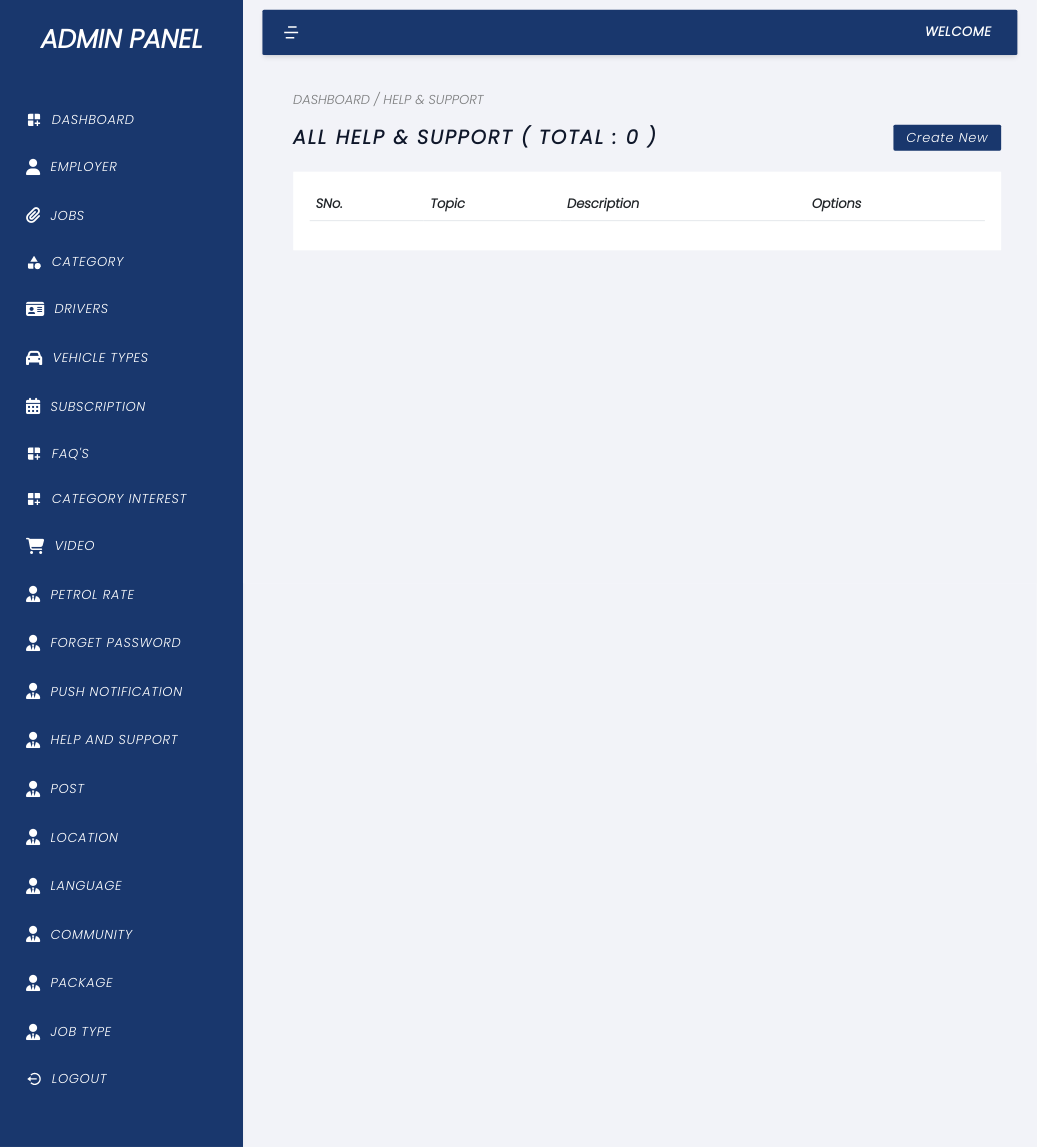
Repository: FlyweisReact/Grish-Job-Panel
Page: /help_support
These files come from the project's save history. The page is drawn as it stood at one moment and after a run of saves; the edit follows.
The browser window is 1280 px wide. The pictures show the whole page, at 81% of full size.
The page's requests for data from a server got no answer. Some web libraries are served in a nearby version. The project was rebuilt for these pictures with package versions that can differ from the ones it lists, and the page was loaded fresh each time. No one was signed in, and anything a server would have sent is missing. Also part of the build but not shown: src/E-CommerceAdmin/forms/Login.jsx, src/Repository/Employer.js, src/E-CommerceAdmin/pages/Dashboard.jsx, src/E-CommerceAdmin/pages/EAdminOrders.js, src/E-CommerceAdmin/pages/ESubCategory.js, src/E-CommerceAdmin/pages/PushNotification.js, src/E-CommerceAdmin/pages/Component/Filter.js, src/E-CommerceAdmin/pages/Component/Heading.js and 18 more.

Above is the page before, as saved 2023-07-03 15:03:44.

### public/index.html
<!-- @format -->

<!DOCTYPE html>
<html lang="en">
  <head>
    <meta charset="utf-8" />
    <meta name="viewport" content="width=device-width, initial-scale=1" />
    <meta name="theme-color" content="#000000" />
    <meta
      name="description"
      content="Web site created using create-react-app"
    />
    <link rel="icon" href="%PUBLIC_URL%/favicon.png" />
    <link rel="preconnect" href="https://fonts.googleapis.com">
<link rel="preconnect" href="https://fonts.gstatic.com" crossorigin>
<link href="https://fonts.googleapis.com/css2?family=Roboto+Mono:ital,wght@1,300&display=swap" rel="stylesheet">
    <title>Gadi Driver</title>
  </head>
  <body>
    <noscript>You need to enable JavaScript to run this app.</noscript>
    <div id="root"></div>
    <script src="https://code.jquery.com/jquery-3.6.0.min.js"></script>
    <script src="https://kit.fontawesome.com/b533b351e4.js" crossorigin="anonymous"></script>
  </body>
</html>

### src/E-CommerceAdmin/pages/Help.js
/** @format */

import React, { useEffect, useState } from "react";
import HOC from "../layout/HOC";
import { Table, Modal, Form, Button, FloatingLabel } from "react-bootstrap";
import { toast } from "react-toastify";
import axios from "axios";

const Help = () => {
  const [data, setData] = useState([]);
  const [modalShow, setModalShow] = useState(false);

  const fetchData = async () => {
    try {
      const { data } = await axios.get(
        "https://gadi-driver-u8ym.vercel.app/api/v1/help"
      );
      setData(data.data);
    } catch (e) {
      console.log(e);
    }
  };

  useEffect(() => {
    fetchData();
  }, []);

  const deleteHandler = async (id) => {
    try {
      const { data } = await axios.delete(
        `https://gadi-driver-u8ym.vercel.app/api/v1/help/${id}`
      );
      toast.success(data.message);
      fetchData();
    } catch (e) {
      console.log(e);
    }
  };

  function MyVerticallyCenteredModal(props) {
    const [topic, setTopic] = useState("");
    const [desc, setDesc] = useState("");

    const postHandler = async (e) => {
      e.preventDefault();
      try {
        const { data } = await axios.post(
          "https://gadi-driver-u8ym.vercel.app/api/v1/help",
          {
            topic,
            desc,
          }
        );
        console.log(data);
        toast.success(`Created`);
        fetchData();
        props.onHide();
      } catch (e) {
        console.log(e);
      }
    };

    return (
      <Modal
        {...props}
        aria-labelledby="contained-modal-title-vcenter"
        centered
      >
        <Modal.Header closeButton>
          <Modal.Title id="contained-modal-title-vcenter">
            {" "}
            Create New
          </Modal.Title>
        </Modal.Header>
        <Modal.Body>
          <Form onSubmit={postHandler}>
            <Form.Group className="mb-3">
              <Form.Label>Topic</Form.Label>
              <Form.Control
                type="text"
                onChange={(e) => setTopic(e.target.value)}
              />
            </Form.Group>

            <FloatingLabel
              controlId="floatingTextarea"
              label="Description"
              className="mb-3"
            >
              <Form.Control
                as="textarea"
                onChange={(e) => setDesc(e.target.value)}
              />
            </FloatingLabel>

            <Button variant="outline-success" type="submit">
              Create
            </Button>
          </Form>
        </Modal.Body>
      </Modal>
    );
  }

  return (
    <>
      <MyVerticallyCenteredModal
        show={modalShow}
        onHide={() => setModalShow(false)}
      />
      <section style={{ padding: "20px" }}>
        <p className="headP">Dashboard / Help & Support </p>
        <div
          className="pb-4   w-full flex justify-between items-center"
          style={{ width: "98%", marginLeft: "2%" }}
        >
          <span
            className="tracking-widest text-slate-900 font-semibold uppercase"
            style={{ fontSize: "1.5rem" }}
          >
            All Help & Support ( Total : {data?.length} )
          </span>

          <button
            onClick={() => {
              setModalShow(true);
            }}
            className="md:py-2 px-3 md:px-4 py-1 rounded-sm bg-[#19376d] text-white tracking-wider"
          >
            Create New
          </button>
        </div>

        <section className="sectionCont">
          <div className="overFlowCont">
            <Table>
              <thead>
                <tr>
                  <th>SNo.</th>
                  <th>Topic</th>
                  <th>Description</th>
                  <th>Options</th>
                </tr>
              </thead>
              <tbody>
                {data?.map((i, index) => (
                  <tr key={index}>
                    <td> #{index + 1} </td>
                    <td>{i.topic}</td>
                    <td>{i.desc}</td>
                    <td>
                      <span className="flexCont">
                        <i
                          className="fa-sharp fa-solid fa-trash"
                          onClick={() => deleteHandler(i._id)}
                        ></i>
                      </span>
                    </td>
                  </tr>
                ))}
              </tbody>
            </Table>
          </div>
        </section>
      </section>
    </>
  );
};

export default HOC(Help);

### src/E-CommerceAdmin/layout/HOC.jsx
/** @format */

import React, { useState } from "react";
import Navbar from "./Navbar";
import Sidebar from "./Sidebar";

const HOC = (Wcomponenet) => {
  return function Component() {
    const [hamb, setHamb] = useState(false);
    return (
      <>
        <section
          className="flex overflow-x-hidden relative "
          style={{ backgroundColor: "#f2f3f8" }}
        >
          {/* Sidebar */}
          <div
            className={
              hamb
                ? " absolute top-0 z-30 md:w-auto shadow-md bg-slate-200  w-60 transition-all md:-left-full left duration-150  h-auto overflow-y-auto  left-0 "
                : " md:w-72 z-30 bg-slate-200  shadow-md  md:static absolute top-0 -left-full   transition-all duration-150  overflow-y-auto h-auto"
            }
            style={{ minWidth: "300px" }}
          >
            <Sidebar hamb={hamb} setHamb={setHamb} />
          </div>
          {/* Components & Navbar */}
          <div
            className={
              hamb
                ? " transition-all px-4 py-2  duration-150 w-full h-screen"
                : " w-full h-screen  px-4 py-2   z-50 transition-all duration-150 "
            }
            style={{ backgroundColor: "#f2f3f8" }}
          >
            <Navbar hamb={hamb} setHamb={setHamb} />
            <div className="my-6 text-#000 h-[87%] wcomp overflow-y-auto">
              {" "}
              <Wcomponenet />
            </div>
          </div>
        </section>
      </>
    );
  };
};

export default HOC;

### src/E-CommerceAdmin/layout/Navbar.jsx
/** @format */

import { RiMenu4Line } from "react-icons/ri";

const Navbar = ({ hamb, setHamb }) => {
  const AdminName = localStorage.getItem("AdminName")
  return (
    <>
      <div
        className={
          hamb
            ? "flex  w-full justify-between  my-1 rounded-sm  p-4 py-3 shadow-md items-center  bg-slate-200 space-x-4"
            : "flex  w-full justify-between my-1 rounded-sm  p-4 py-3 shadow-md items-center  bg-slate-200 space-x-4"
        }
        style={{ backgroundColor: "#19376d" }}
      >
        <RiMenu4Line
          onClick={() => setHamb(!hamb)}
          className="text-2xl font-bold text-gray-900 hover:scale-90 cursor-pointer"
          style={{ color: "#fff" }}
        />

        <section className="flex sm:ml-auto justify-end sm:w-full items-center space-x-2  pr-2">
          <figcaption className="tracking-wider pl-1 font-semibold">
            <div
              className="lg:text-base text-sm text-gray-900  uppercase"
              style={{ color: "#fff" }}
            >
              Welcome {AdminName}
            </div>
          </figcaption>
        </section>
      </div>
    </>
  );
};

export default Navbar;

### src/E-CommerceAdmin/layout/Sidebar.jsx
/** @format */

import React from "react";
import { RiCloseLine } from "react-icons/ri";
import { Link, useNavigate } from "react-router-dom";
import { BiLogOutCircle } from "react-icons/bi";
import { MdDashboardCustomize } from "react-icons/md";
import { MdCategory } from 'react-icons/md'

const Sidebar = ({ hamb, setHamb }) => {
  const navigate = useNavigate();

  const nav = [
    {
      icon: <MdDashboardCustomize className="text-xl mr-3 rounded-full " />,
      link: "/dashboard ",
      name: "Dashboard",
    },
    {
      icon: <i className="fa-solid fa-user text-xl mr-3 rounded-full"></i>,
      link: "/Employer",
      name: "Employer",
    },
    {
      icon: (
        <i className="fa-solid fa-paperclip text-xl mr-3 rounded-full"></i>
      ),
      link: "/job",
      name: "Jobs",
    },

    {
      icon: <MdCategory className="text-xl mr-3 rounded-full " />,
      link: "/Category",
      name: "Category",
    },
    {
      icon: <i className="fa-solid fa-id-card  text-xl mr-3 rounded-full"></i>,
      link: "/Drivers",
      name: "Drivers",
    },

    {
      icon: (
        <i className="fa-solid fa-car text-xl mr-3 rounded-full"></i>
      ),
      link: "/Vehicle_Types",
      name: "Vehicle Types",
    },

    {
      icon: <i className="fa-solid fa-calendar-days text-xl mr-3 rounded-full" />,
      link: "/pushNotification",
      name: "Subscription",
    },

    {
      icon: <MdDashboardCustomize className="text-xl mr-3 rounded-full " />,
      link: "/coupon",
      name: "FAQ'S",
    },
    {
      icon: <MdDashboardCustomize className="text-xl mr-3 rounded-full " />,
      link: "/getMeThis",
      name: "Category Interest",
    },

    {
      icon: (
        <i className="fa-solid fa-cart-shopping text-xl mr-3 rounded-full"></i>
      ),
      link: "/Orders",
      name: "Video",
    },

    {
      icon: <i className="fa-solid fa-user-tie text-xl mr-3 rounded-full"></i>,
      link: "/petrol",
      name: "Petrol Rate",
    },
    {
      icon: <i className="fa-solid fa-user-tie text-xl mr-3 rounded-full"></i>,
      link: "/SubCategory",
      name: "Forget Password",
    },
    {
      icon: <i className="fa-solid fa-user-tie text-xl mr-3 rounded-full"></i>,
      link: "/notification",
      name: "Push Notification",
    },
    {
      icon: <i className="fa-solid fa-user-tie text-xl mr-3 rounded-full"></i>,
      link: "/help_support",
      name: "Help and Support",
    },
    {
      icon: <i className="fa-solid fa-user-tie text-xl mr-3 rounded-full"></i>,
      link: "/post",
      name: "Post",
    },
    {
      icon: <i className="fa-solid fa-user-tie text-xl mr-3 rounded-full"></i>,
      link: "/location",
      name: "Location",
    },
    {
      icon: <i className="fa-solid fa-user-tie text-xl mr-3 rounded-full"></i>,
      link: "/language",
      name: "Language",
    },
    {
      icon: <i className="fa-solid fa-user-tie text-xl mr-3 rounded-full"></i>,
      link: "/community",
      name: "Community",
    },
    {
      icon: <i className="fa-solid fa-user-tie text-xl mr-3 rounded-full"></i>,
      link: "/plan",
      name: "Package",
    },
    {
      icon: <i className="fa-solid fa-user-tie text-xl mr-3 rounded-full"></i>,
      link: "/job-type",
      name: "Job Type ",
    },
  ];

  const logOut = () => {
    localStorage.clear();
    navigate("/");
  };

  return (
    <>
      <aside
        className="p-4 h-auto"
        style={{ backgroundColor: "#19376d", minHeight: "100vh" }}
      >
        {/* Top */}
        <div className="w-full md:hidden relative  p-2 mb-4">
          <RiCloseLine
            onClick={() => setHamb(!hamb)}
            className="text-3xl  absolute top-2 sm:hover:rotate-[228deg] transition-transform font-bold right-2 sm:hover:text-[22px] text-[rgb(241,146,46)] cursor-pointer"
          />
        </div>{" "}
        <figure className="flex  flex-col items-center">
          <span
            className="font-bold text-[#fff]"
            style={{
              fontSize: "2rem",
              textAlign: "center",
              textTransform: "uppercase",
            }}
          >
            {" "}
            ADMIN PANEL
          </span>
        </figure>
        <nav className="py-6">
          {nav.map((nav) => {
            return (
              <Link
                to={nav.link}
                key={nav.name}
                className=""
                style={{ textDecoration: "none", textTransform: "uppercase" }}
              >
                <span
                  className="flex my-3 items-center cursor-pointer text-gray-900    tracking-wider p-2 rounded-sm"
                  style={{ color: "#FFF" }}
                >
                  {nav.icon} {nav.name}
                </span>
              </Link>
            );
          })}
          <span
            className="flex my-3 items-center cursor-pointer text-gray-900    tracking-wider p-2 rounded-sm"
            onClick={() => logOut()}
            style={{ color: "#FFF", textTransform: "uppercase" }}
          >
            <BiLogOutCircle className="text-xl mr-3 rounded-full " /> LogOut
          </span>
        </nav>
      </aside>
    </>
  );
};

export default Sidebar;

Loaded but not shown: tailwind.config.js (common file); src/App.js (64 lines, source omitted); src/index.js (15 lines, source omitted); src/index.css (524 lines, source omitted)

After the next 3 saves:
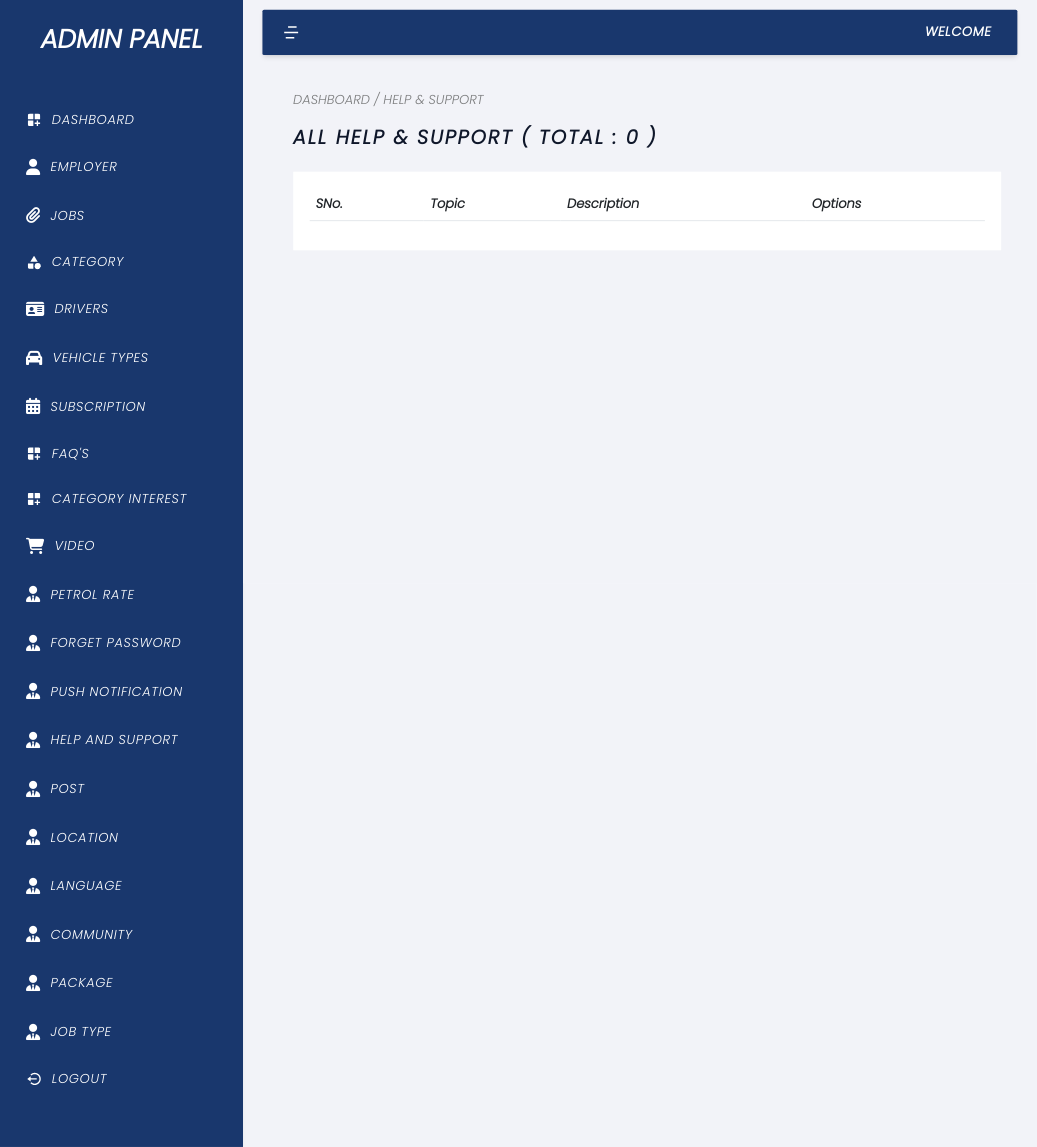
The 3 saves are shown as one change because 2 did not build or start.
The last was saved 38 s later.
--- a/src/E-CommerceAdmin/pages/Help.js
+++ b/src/E-CommerceAdmin/pages/Help.js
@@ -37,77 +37,10 @@ const Help = () => {
     }
   };
 
-  function MyVerticallyCenteredModal(props) {
-    const [topic, setTopic] = useState("");
-    const [desc, setDesc] = useState("");
-
-    const postHandler = async (e) => {
-      e.preventDefault();
-      try {
-        const { data } = await axios.post(
-          "https://gadi-driver-u8ym.vercel.app/api/v1/help",
-          {
-            topic,
-            desc,
-          }
-        );
-        console.log(data);
-        toast.success(`Created`);
-        fetchData();
-        props.onHide();
-      } catch (e) {
-        console.log(e);
-      }
-    };
-
-    return (
-      <Modal
-        {...props}
-        aria-labelledby="contained-modal-title-vcenter"
-        centered
-      >
-        <Modal.Header closeButton>
-          <Modal.Title id="contained-modal-title-vcenter">
-            {" "}
-            Create New
-          </Modal.Title>
-        </Modal.Header>
-        <Modal.Body>
-          <Form onSubmit={postHandler}>
-            <Form.Group className="mb-3">
-              <Form.Label>Topic</Form.Label>
-              <Form.Control
-                type="text"
-                onChange={(e) => setTopic(e.target.value)}
-              />
-            </Form.Group>
-
-            <FloatingLabel
-              controlId="floatingTextarea"
-              label="Description"
-              className="mb-3"
-            >
-              <Form.Control
-                as="textarea"
-                onChange={(e) => setDesc(e.target.value)}
-              />
-            </FloatingLabel>
-
-            <Button variant="outline-success" type="submit">
-              Create
-            </Button>
-          </Form>
-        </Modal.Body>
-      </Modal>
-    );
-  }
 
   return (
     <>
-      <MyVerticallyCenteredModal
-        show={modalShow}
-        onHide={() => setModalShow(false)}
-      />
+
       <section style={{ padding: "20px" }}>
         <p className="headP">Dashboard / Help & Support </p>
         <div
@@ -121,14 +54,7 @@ const Help = () => {
             All Help & Support ( Total : {data?.length} )
           </span>
 
-          <button
-            onClick={() => {
-              setModalShow(true);
-            }}
-            className="md:py-2 px-3 md:px-4 py-1 rounded-sm bg-[#19376d] text-white tracking-wider"
-          >
-            Create New
-          </button>
+
         </div>
 
         <section className="sectionCont">
